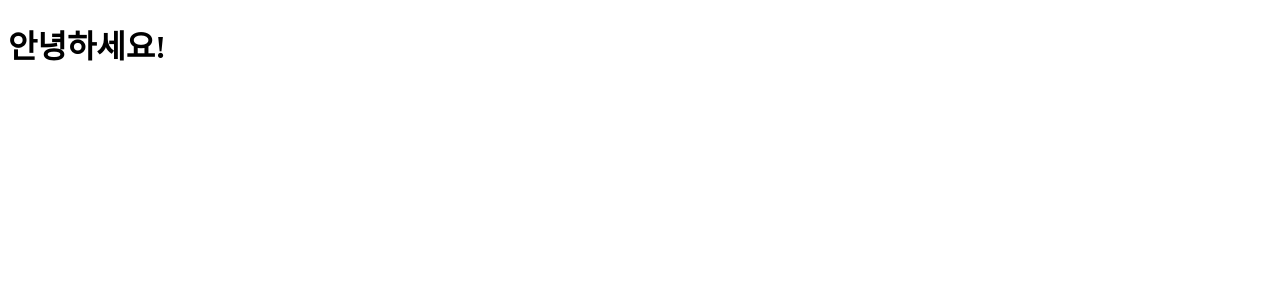
Repository: kmg8138/java
Page: 2020.04.03/ex02/WebContent/ex01.html
These files come from the project's save history. The page is drawn as it stood at one moment and after the next save; the edit follows.
The browser window is 1280 px wide. The pictures show the whole page.

Above is the page before, as saved 2020-04-03 07:33:40.

### 2020.04.03/ex02/WebContent/ex01.html
<!DOCTYPE html>
<html>
<head>
<meta charset="EUC-KR">
<title>Insert title here</title>
</head>
<body>
	<h1>안녕하세요!</h1>
</body>
</html>

After the next save:
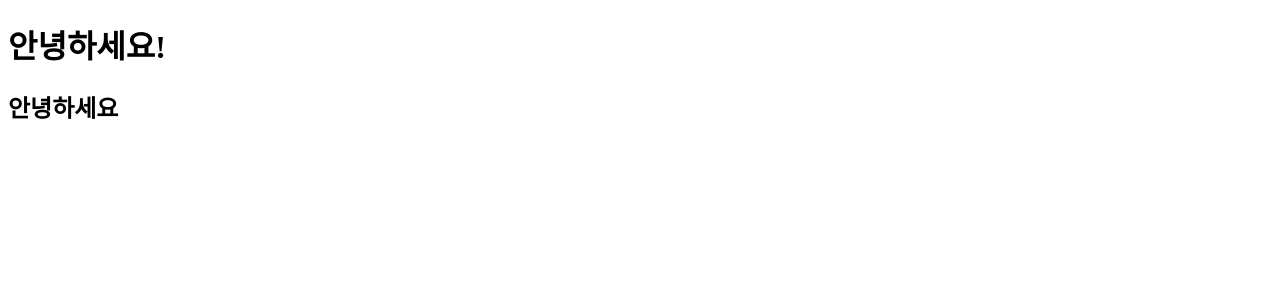
Saved 2 min 57 s later.
--- a/2020.04.03/ex02/WebContent/ex01.html
+++ b/2020.04.03/ex02/WebContent/ex01.html
@@ -6,5 +6,6 @@
 </head>
 <body>
 	<h1>안녕하세요!</h1>
+	<h2>안녕하세요</h2>
 </body>
 </html>
